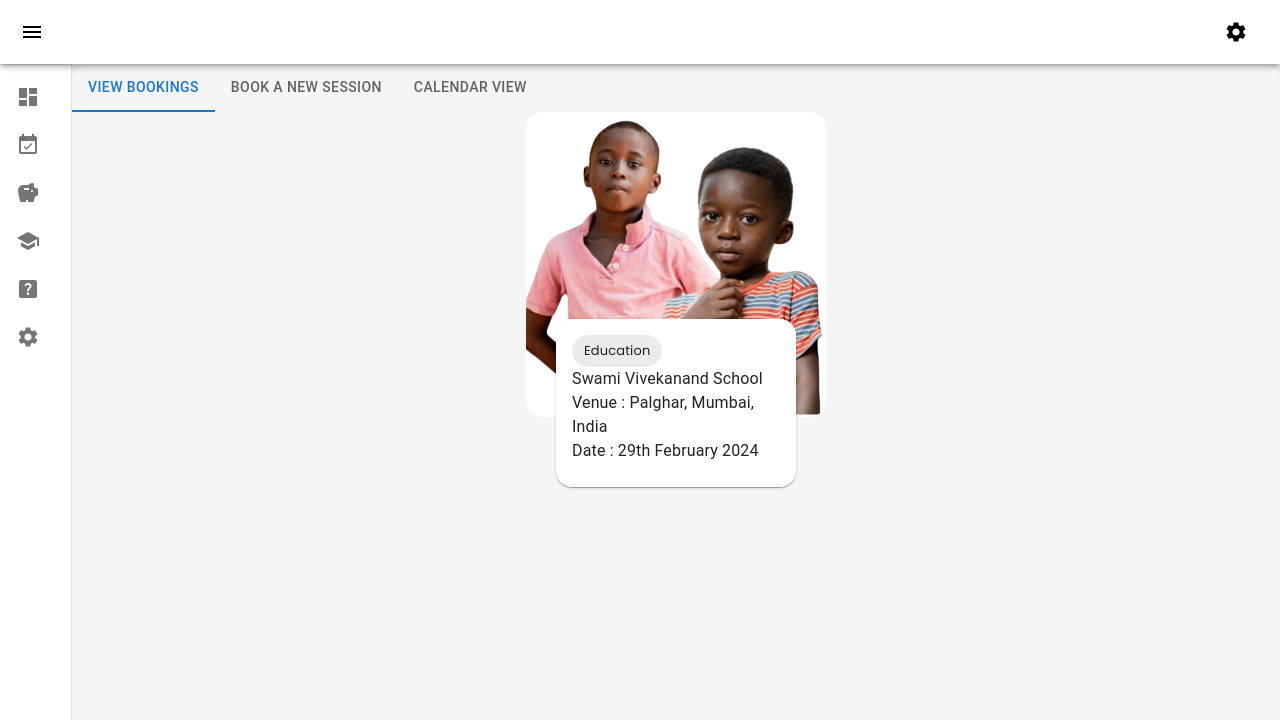
Repository: shubhampirate/Google_Solutions_Edural
Page: /bookings
The author's editor kept a copy of each file at every save. The page is drawn from the files as they stood at one save, then again after the next save.
The browser window is 1280 px wide. The pictures show the whole page.
An inner scrolling area shows only its first screen. The project was rebuilt for these pictures with package versions that can differ from the ones it lists, and the page was loaded fresh each time. Some packages were replaced by stand-ins written for this rebuild. Also part of the build but not shown: src/Components/CustomButton.jsx, src/Components/Navbar.jsx, src/Components/Footer.jsx, src/Components/CongratsCard.jsx, src/pages/Hero/Hero.jsx, src/pages/Dashboard/Dashboard.jsx, src/pages/Sign_in.jsx, src/pages/Bookings/LicenseCard.jsx.

Above is the page before, as saved 2024-02-04 17:52:23.

After the next save:
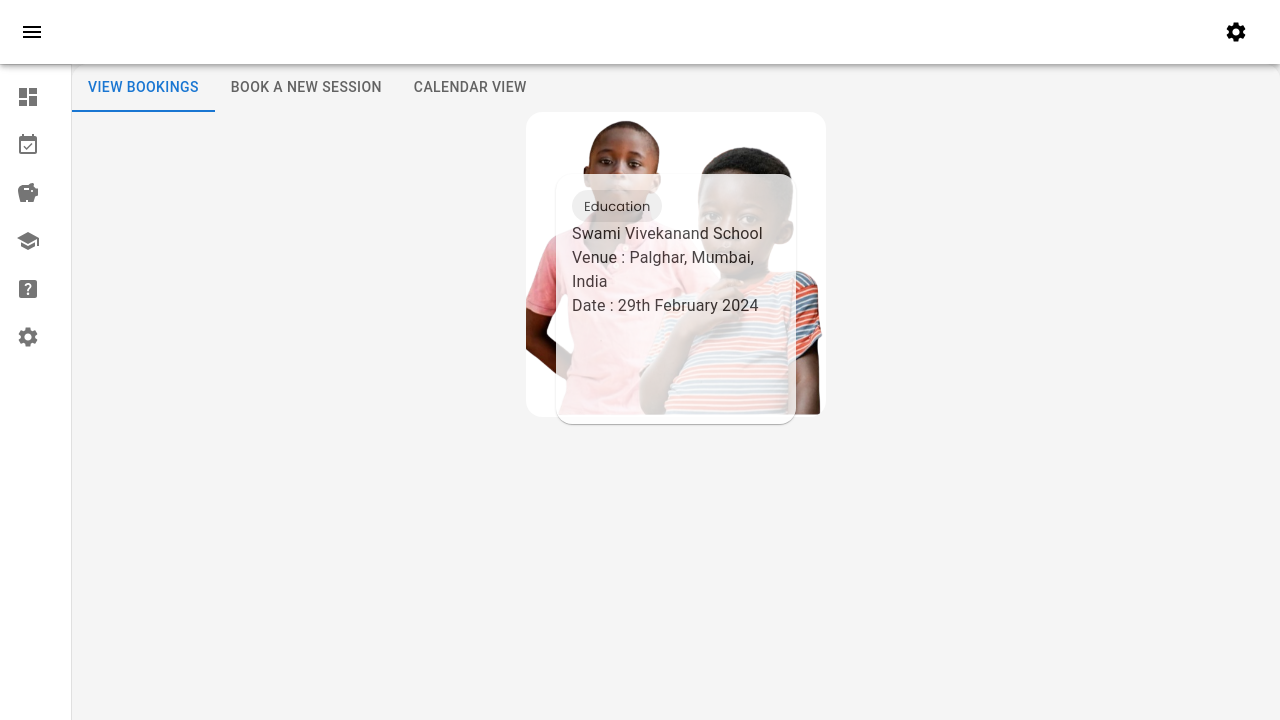
Saved 3 min 5 s later.
--- a/src/pages/Bookings/bookings.jsx
+++ b/src/pages/Bookings/bookings.jsx
@@ -98,30 +98,32 @@ export default function Booking() {
           </Tabs>
 
           {tabValue === 0 && (
-       <Box position="relative" maxWidth="300px" margin="auto" marginBottom="2rem">
-       <img
-         src={heroImg}
-         alt="card-background"
-         style={{
-           width: '100%',
-           height: 'auto',
-           borderRadius: '16px',
-           objectFit: 'cover',
-         }}
-       />
-       <Card
-         sx={{
-           position: 'absolute',
-           bottom: '-20%', // Adjust as needed (negative value starts from above the image)
-           left: '10%', // Adjust as needed
-           right: '10%', // Adjust as needed
-           backgroundColor: (theme) => theme.palette.background.paper,
-           opacity: 1,
-           borderRadius: '16px',
-         }}
-       >
-         <CardContent>
-         <Chip size="sm" variant="soft" label="Education" />
+             <Box position="relative" maxWidth="300px" margin="auto" marginBottom="2rem">
+             <img
+               src={heroImg}
+               alt="card-background"
+               style={{
+                 width: '100%',
+                 height: 'auto',
+                 borderRadius: '16px',
+                 objectFit: 'cover',
+               }}
+             />
+             <Card
+               sx={{
+                 position: 'absolute',
+                 top: '20%', // Start from around 20% from the top
+                 left: '10%', // Adjust as needed
+                 right: '10%', // Adjust as needed
+                 backgroundColor: (theme) => theme.palette.background.paper,
+                 opacity: 0.8,
+                 borderRadius: '16px',
+                 minHeight: '80%', // Adjust as needed
+                 overflow: 'auto',
+               }}
+             >
+               <CardContent>
+               <Chip size="sm" variant="soft" label="Education" />
 
            <Typography level="title-lg"> Swami Vivekanand School </Typography>
         <Typography level="body-md">
@@ -130,10 +132,45 @@ export default function Booking() {
         <Typography level="body-md">
          Date : 29th February 2024
         </Typography>
-           {/* <Chip label="hello" size="small" sx={{ marginTop: '8px' }} /> */}
-         </CardContent>
-       </Card>
-     </Box>
+               </CardContent>
+             </Card>
+           </Box>
+    //    <Box position="relative" maxWidth="300px" margin="auto" marginBottom="2rem">
+    //    <img
+    //      src={heroImg}
+    //      alt="card-background"
+    //      style={{
+    //        width: '100%',
+    //        height: 'auto',
+    //        borderRadius: '16px',
+    //        objectFit: 'cover',
+    //      }}
+    //    />
+    //    <Card
+    //      sx={{
+    //        position: 'absolute',
+    //        bottom: '-20%', // Adjust as needed (negative value starts from above the image)
+    //        left: '10%', // Adjust as needed
+    //        right: '10%', // Adjust as needed
+    //        backgroundColor: (theme) => theme.palette.background.paper,
+    //        opacity: 1,
+    //        borderRadius: '16px',
+    //      }}
+    //    >
+    //      <CardContent>
+    //      <Chip size="sm" variant="soft" label="Education" />
+
+    //        <Typography level="title-lg"> Swami Vivekanand School </Typography>
+    //     <Typography level="body-md">
+    //      Venue : Palghar, Mumbai, India
+    //     </Typography>
+    //     <Typography level="body-md">
+    //      Date : 29th February 2024
+    //     </Typography>
+    //        {/* <Chip label="hello" size="small" sx={{ marginTop: '8px' }} /> */}
+    //      </CardContent>
+    //    </Card>
+    //  </Box>
 //             <Box>
 //               <div className="">
 //               <Box sx={{ flex: "0.75" }}>
